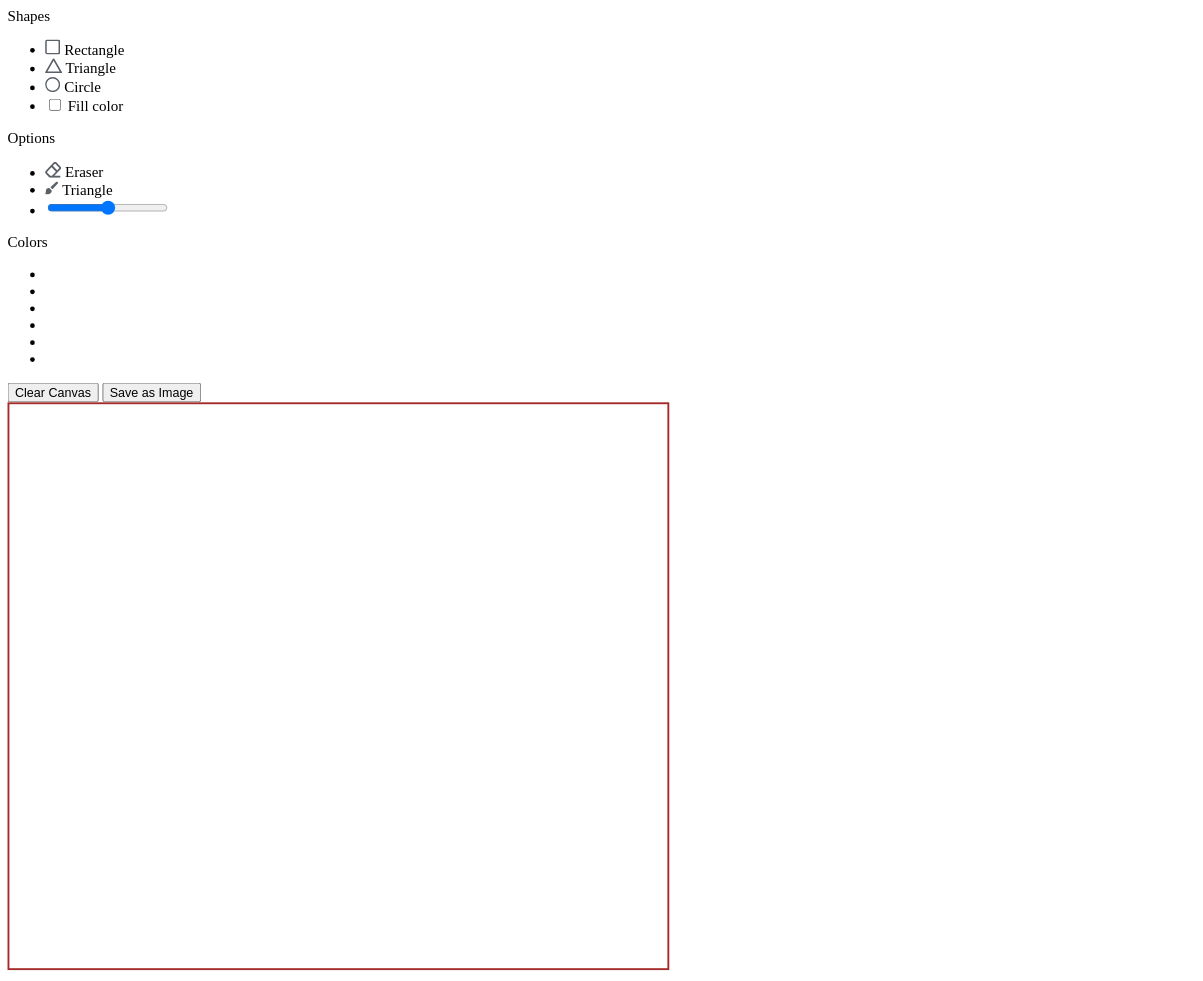
Repository: mdsajib50/Drawing-app
Page: index.html
These files come from the project's save history. The page is drawn as it stood at one moment and after a run of saves; the edit follows.
The browser window is 1280 px wide. The pictures show the whole page, at 94% of full size.

Above is the page before, as saved 2025-02-17 21:27:48.

### index.html
<!DOCTYPE html>
<html lang="en">
<head>
    <meta charset="UTF-8">
    <meta name="viewport" content="width=device-width, initial-scale=1.0">
    <link rel="stylesheet" href="style.css">
    <title>Drawing App</title>
</head>
<body>
    <div class="container">
        <aside>
            <div class="row">
                <label for="" class="title">Shapes</label>
               <ul class="options">
                <li class="option">
                    <img src="icons/icons/rectangle.svg" alt="">
                    <span>Rectangle</span>
                </li>
                <li class="option">
                    <img src="icons/icons/triangle.svg" alt="">
                    <span>Triangle</span>
                </li>
                <li class="option">
                    <img src="icons/icons/circle.svg" alt="">
                    <span>Circle</span>
                </li>
                <li class="option">
                    <input type="checkbox" name="" id="">
                    <label for="">Fill color</label>
                </li>
               </ul>
            </div>
            <div class="row">
                <label for="" class="title">Options</label>
               <ul class="options">
                <li class="option">
                    <img src="icons/icons/eraser.svg" alt="">
                    <span>Eraser</span>
                </li>
                <li class="option">
                    <img src="icons/icons/brush.svg" alt="">
                    <span>Triangle</span>
                </li>
                <li class="option">
                    <input type="range" name="" id="size-slider">
                </li>
               </ul>
            </div>
            <div class="row">
                <label for="" class="title">Colors</label>
               <ul class="colors">
                <li class="option"></li>
                <li class="option"></li>
                <li class="option"></li>
                <li class="option"></li>
                <li class="option"></li>
                <li class="option"></li>
               </ul>
            </div>
            <div class="row">
               <button class="clear-canvas" type="button">Clear Canvas</button>
               <button class="save-image" type="button">Save as Image</button>
            </div>
        </aside>
        <div>
            <canvas id="mycanvas"></canvas>
        </div>
    </div>
    <script src="script.js"></script>
</body>
</html>

### style.css

canvas{
    width: 700px;
    height: 600px;
    border: 2px solid brown;
}

### script.js
const drawing = document.getElementById('myCanvas');

After the next 8 saves:
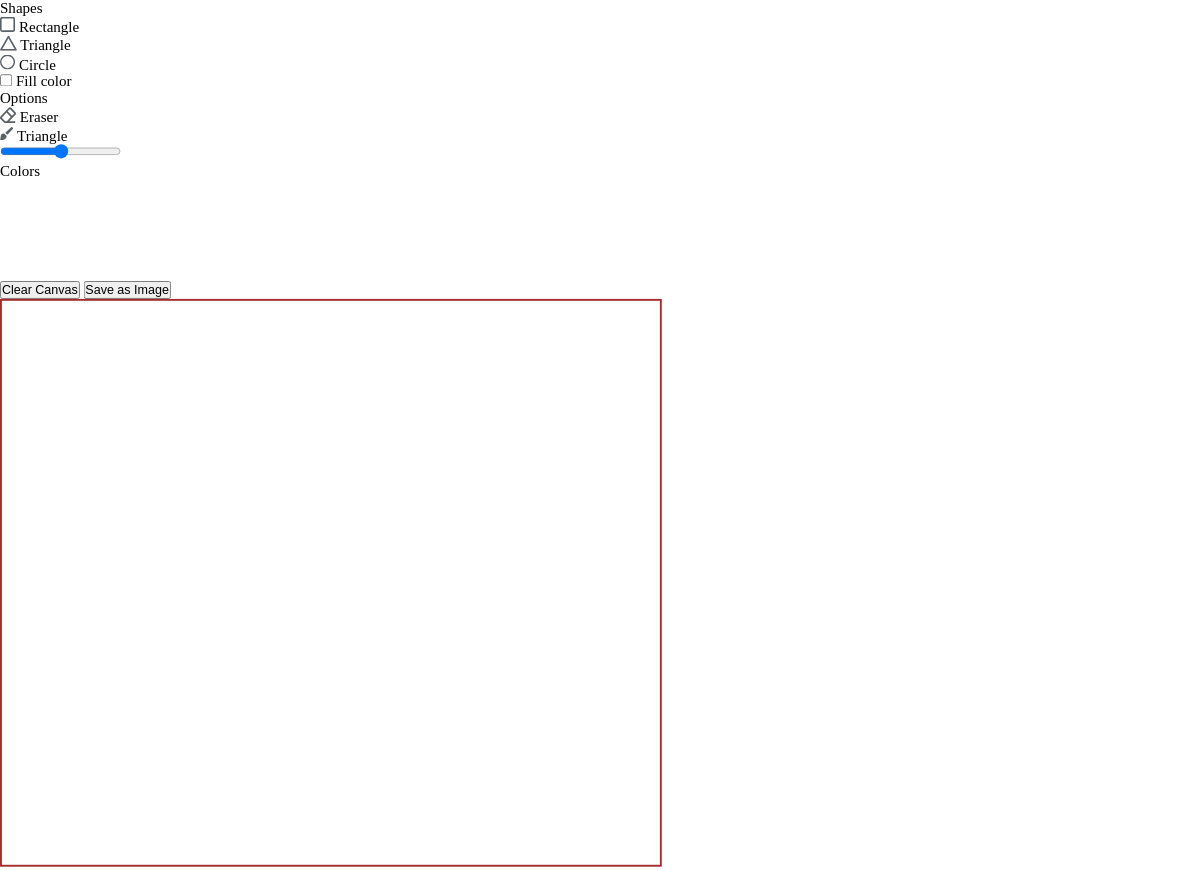
The 8 saves are shown as one change because they came seconds apart.
The last was saved 23 s later.
--- a/style.css
+++ b/style.css
@@ -1,4 +1,8 @@
-
+*{
+    margin: 0;
+    padding: 0;
+    bo
+}
 canvas{
     width: 700px;
     height: 600px;
